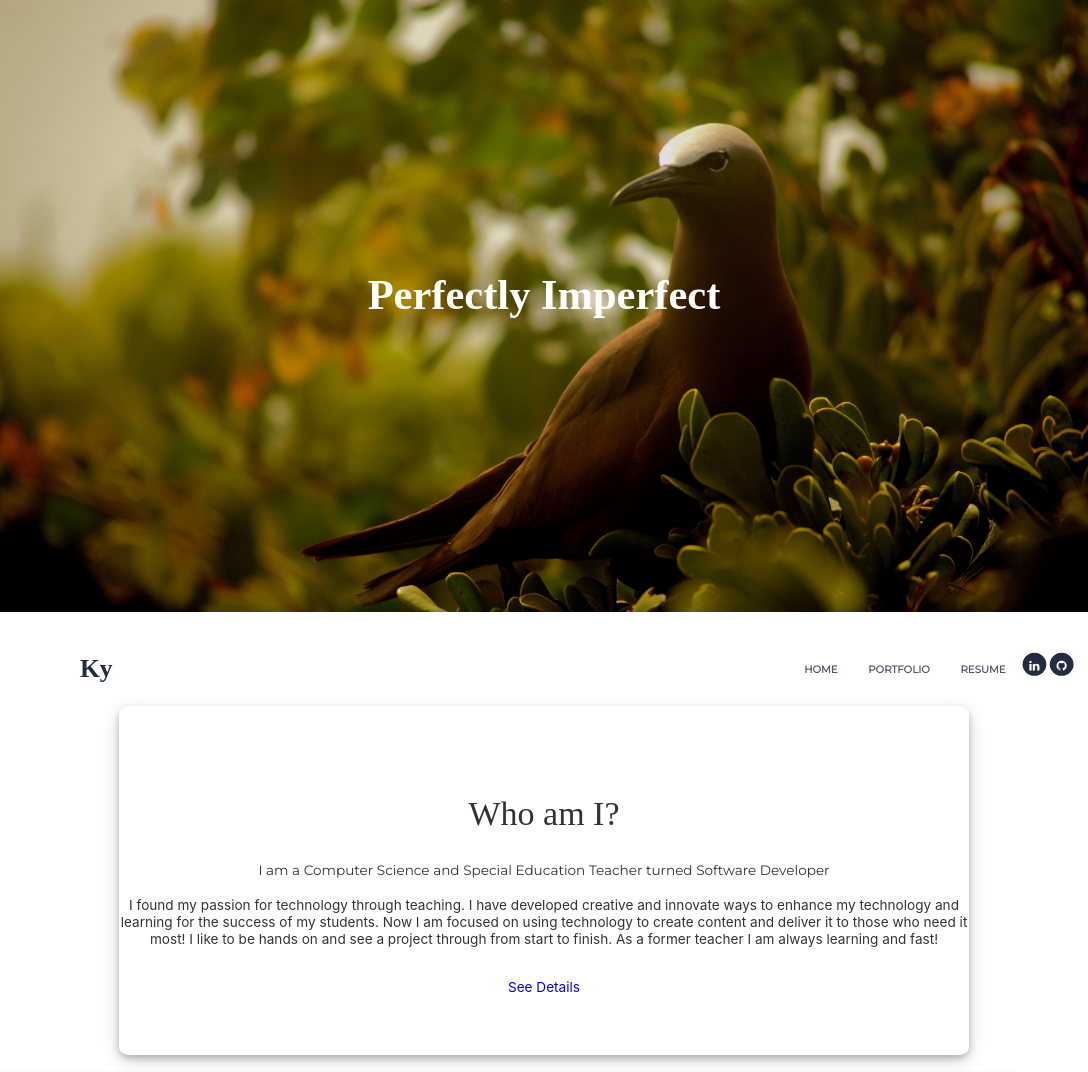
Repository: kkyler24/Perfectly-Imperfect
Page: / (app in imperfect/)
These files come from the project's save history. The page is drawn as it stood at one moment and after the next save; the edit follows.
The browser window is 1280 px wide. The pictures show the whole page, at 85% of full size.
Backgrounds fixed to the window are drawn as part of the page. Some web fonts or font styles are not loaded; a fallback is used. The project was rebuilt for these pictures with package versions that can differ from the ones it lists, and the page was loaded fresh each time.

Above is the page before, as saved 2020-08-06 13:57:24.

### imperfect/public/index.html
<!DOCTYPE html>
<html lang="en">
  <head>
    <meta charset="utf-8" />
    <link rel="icon" href="%PUBLIC_URL%/favicon.ico" />
    <meta name="viewport" content="width=device-width, initial-scale=1" />
    <meta name="theme-color" content="#000000" />
    <meta
      name="description"
      content="Web site created using create-react-app"
    />
    <link
      rel="stylesheet"
      href="https://cdnjs.cloudflare.com/ajax/libs/font-awesome/4.7.0/css/font-awesome.min.css"
    />

    <link
      href="https://fonts.googleapis.com/css2?family=Montserrat&family=Petit+Formal+Script&display=swap"
      rel="stylesheet"
    />

    <title>React App</title>
  </head>
  <body>
    <noscript>You need to enable JavaScript to run this app.</noscript>
    <div id="root"></div>
  </body>
</html>

### imperfect/src/App.js
import React from "react";
import logo from "./logo.svg";
import "./App.css";
import Nav from "./Components/navbarComponent/navbar.js";
import PGHeader from "./Components/Headerindex/header.js";
import AboutMe from "./Components/aboutMeIndex/aboutme.js";

function App() {
  return (
    <div className="App">
      <PGHeader />
      {/* <Nav /> */}
      <AboutMe />
    </div>
  );
}

export default App;

### imperfect/src/App.css
body {
  color: #66615b;
  font-size: 16px;
  box-sizing: border-box;
  display: block;
}

### imperfect/src/Components/navbarComponent/navbar.js
import React from "react";
import "./navbar.css";

function NavBar() {
  return (
    <div>
      <nav
        color-on-scroll="300"
        class="fixed-bottom  navbar-transparent navbar navbar-expand-lg"
      >
        <div class="container-fluid">
          <div class="navbar-translate">
            <a
              id="Kytitle"
              data-placement="bottom"
              target="_blank"
              title="Coded by Creative Tim"
              class="navbar-brand"
              href="#/index"
            >
              Ky
            </a>
            <button aria-expanded="false" class="navbar-toggler navbar-toggler">
              <span class="navbar-toggler-bar bar1"></span>
              <span class="navbar-toggler-bar bar2"></span>
              <span class="navbar-toggler-bar bar3"></span>
            </button>
          </div>
          <div class="justify-content-end collapse navbar-collapse">
            <ul class="navbar-nav">
              <li class="nav-item">
                <a
                  data-placement="bottom"
                  href="https://www.linkedIn"
                  target="_blank"
                  title="Let's connect on LinkedIn"
                  class="nav-link"
                >
                  {/* <i class="fa fa-linkedIn"></i> */}
                </a>
              </li>

              <li class="nav-item">
                <a
                  data-placement="bottom"
                  href="#"
                  target="_blank"
                  title="Follow us on Twitter"
                >
                  {/* <i class="fa fa-twitter"></i> */}
                  <p class="d-lg-none"></p>
                </a>
                <li class="nav-item mr-2rem">
                  <a data-placement="bottom" href="#" target="_blank">
                    {/* <i class="fa fa-github"></i> */}
                    <p class="d-lg-none"></p>
                  </a>
                </li>
              </li>
              <li class="nav-item">
                <a class="nav-link" href="#/index">
                  <i class="nc-icon nc-layout-11"></i> Home
                </a>
              </li>
              <li class="nav-item">
                <a class="nav-link" href="#/index">
                  <i class="nc-icon nc-layout-11"></i> Portfolio
                </a>
              </li>
              <li class="nav-item">
                <a target="_blank" class="nav-link" href="#/documentation">
                  <i class="nc-icon nc-book-bookmark"></i> Resume
                </a>
              </li>
              <li class="nav-item">
                <a
                  href="https://www.linkedin.com/in/ky-kyler-a723b932/"
                  target="_blank"
                  class="fa fa-linkedin"
                ></a>
              </li>
              <li class="nav-item">
                <a
                  data-placement="bottom"
                  href="https://github.com/kkyler24"
                  target="_blank"
                  title="Star on GitHub"
                  class="fa fa-github"
                >
                  {/* <i class="fa fa-github"></i> */}
                  <p class="d-lg-none"></p>
                </a>
              </li>
            </ul>
          </div>
        </div>
      </nav>
    </div>
  );
}
export default NavBar;

### imperfect/src/Components/Headerindex/header.js
import React from "react";
import "./Indexheader.css";
import Navbar from "../navbarComponent/navbar.js";

function PageHeader(props) {
  return (
    <div>
      <div id="background" className="page-header" data-parallax="true">
        <div className="filter"></div>
        <div className="headerContainer">
          <div className="motto text-center">
            <h1 id="JumboHeaderTitle">Perfectly Imperfect</h1>
            <br />
          </div>
        </div>
      </div>
      <Navbar />
    </div>
  );
}
export default PageHeader;

### imperfect/src/Components/aboutMeIndex/aboutme.js
import React from "react";
import "./aboutme.css";

function Aboutme() {
  return (
    <div className=" card aboutMain">
      <div className="sectionAB text-center">
        <div className="ABccontainer">
          <div class="row">
            <div class="ml-auto mr-auto col-md-8">
              <h2 class="titleAB"> Who am I?</h2>
              <h4 class="descriptionAB">
                I am a Computer Science and Special Education Teacher turned
                Software Developer
              </h4>
              <p className="aboutparagraph">
                I found my passion for technology through teaching. I have
                developed creative and innovate ways to enhance my technology
                and learning for the success of my students. Now I am focused on
                using technology to create content and deliver it to those who
                need it most! I like to be hands on and see a project through
                from start to finish. As a former teacher I am always learning
                and fast!
              </p>
              <br />
              <a href="#pablo" class="btn-round btn btn-info">
                See Details
              </a>
            </div>
          </div>
        </div>
      </div>
    </div>
  );
}
export default Aboutme;

### imperfect/src/Components/navbarComponent/navbar.css
/* navbar */
#Kytitle {
  font-family: "Petit Formal Script", cursive;
  font-size: 30px;
  color: #222b3f;
  border-bottom: solid 2px rgb(255, 255, 255);
  text-transform: capitalize;
}

.navbar.navbar-transparent {
  background: transparent !important;
  padding-top: 25px;
  box-shadow: none;
}

.navbar .navbar-brand {
  font-weight: 600;
  margin: 5px 0;
  padding: 20px 15px;
  font-size: 14px;
  text-transform: uppercase;
}

.navbar-nav {
  display: flex;
  flex-direction: column;
  padding-left: 0;
  margin-bottom: 0;
  list-style: none;
}
.navbar-brand {
  display: inline-block;
  padding-top: 0.3125rem;
  padding-bottom: 0.3125rem;
  margin-right: 1rem;
  font-size: 1.25rem;
  line-height: inherit;
  white-space: nowrap;
}

.navbar {
  border: 0;
  font-size: 14px;
  padding: 0;
  font-family: "Montserrat", "Helvetica", Arial, sans-serif;
  font-weight: 300;
  align-items: center;
  display: flex;
}
.navbar > .container-fluid {
  display: flex;
  flex-wrap: wrap;
  align-items: center;
  justify-content: space-between;
}

.nav-link {
  display: block;
}

.navbar-toggler {
  padding: 0.25rem 0.75rem;
  font-size: 1.25rem;
  line-height: 1;
  background-color: transparent;
  border: 1px solid transparent;
  border-radius: 0.25rem;
}
button {
  text-transform: none;
  overflow: hidden;
  -webkit-font-smoothing: antialiased;
  font-family: "Montserrat", "Helvetica", Arial, sans-serif;
  font-weight: 300;
  margin: 0;
  text-rendering: auto;
  /* color: -internal-light-dark(buttontext, rgb(170, 170, 170)); */
  letter-spacing: normal;
  word-spacing: normal;
  text-indent: 0px;
  text-shadow: none;
  display: inline-block;
  text-align: center;
  align-items: flex-start;
  font: 400 13.3333px Arial;
}
.navbar .navbar-toggler .navbar-toggler-bar {
  display: block;
  position: relative;
  width: 24px;
  height: 2px;
  border-radius: 1px;
  margin: 0 auto;
}

.navbar.navbar-transparent .navbar-toggler .navbar-toggler-bar {
  background: #222b3f !important;
}

.navbar-transparent .navbar-nav .nav-item .nav-link:not(.btn) {
  color: #222b3f;
  border-color: #222b3f;
}

.navbar .navbar-toggler .navbar-toggler-bar + .navbar-toggler-bar {
  margin-top: 4px;
}

.navbar .navbar-nav .nav-item .nav-link {
  line-height: 1.6;
  margin: 15px 3px;
  padding: 10px 15px;
  opacity: 0.8;
  font-size: 12px;
  text-transform: uppercase;
  font-weight: 600;
}

.navbar .navbar-nav .nav-item .nav-link p {
  margin: 0;
  text-transform: uppercase;
  font-weight: 600;
  font-size: 12px;
  line-height: 1.5em;
  padding: 15px 0;
  color: #222b3f;
}

button:not(:disabled) {
  cursor: pointer;
}

.container-fluid {
  width: 100%;
  padding-right: 15px;
  padding-left: 15px;
  margin-right: 0%;
  margin-left: 5%;
}

.fixed-top {
  position: fixed;
  right: 0;
  left: 0;
  z-index: 1030;
  /* not needed for fixed bottom */
  top: 0;
}

a {
  text-decoration: none;
  background-color: transparent;
}

.collapse:not(.show) {
  display: none;
}

.justify-content-end,
ul {
  justify-content: flex-end !important;
}

.navbar-collapse {
  flex-basis: 100%;
  flex-grow: 1;
  align-items: center;
}

ul {
  margin-top: 0;
}

.navbar .navbar-nav .nav-item .nav-link [class^="fa"] {
  font-size: 17px;
  position: relative;
  right: 5px;
  color: #222b3f;
}

.fa {
  padding: 8px;
  font-size: 14px;
  height: 11px;
  top: 5px;
  text-align: center;
  text-decoration: none;
  margin: 15px 2px;
  border-radius: 50%;
}

.fa:hover {
  opacity: 0.7;
}

.fa-linkedin {
  background: #222b3f;
  color: white;
}

.fa-github {
  background: #222b3f;
  color: white;
}

:before {
  box-sizing: border-box;
}

.navbar .navbar-collapse .nav-item .nav-link p {
  display: inline;
}

/* media Q navbar */
@media (min-width: 992px) {
  .navbar-expand-lg {
    flex-flow: row nowrap;
    justify-content: flex-start;
  }
  .navbar {
    justify-content: space-between;
  }
}
/* Li */
@media (min-width: 992px) {
  .navbar-expand-lg .navbar-nav {
    flex-direction: row;
  }
}
@media screen and (max-width: 991px) {
  .navbar-collapse ul {
    position: relative;
    z-index: 3;
    height: 95%;
  }
}

@media screen and (max-width: 991px) {
  .navbar-collapse .navbar-nav > .nav-item > .nav-link {
    color: #222b3f !important;
  }
}

@media screen and (max-width: 991px) {
  .navbar-collapse {
    position: fixed;
    display: block !important;
    top: 0;
    width: 230px;
    right: 0;
    z-index: 1032;
    visibility: visible;
    overflow-y: visible;
    border-top: none;
    text-align: left;
    padding-right: 0;
    padding-left: 40px;
    padding-top: 15px;
    transform: translateX(230px);
    transition: all 0.33s cubic-bezier(0.685, 0.0473, 0.346, 1);
  }
}

@media (max-width: 991.98px) {
  .navbar-expand-lg > .container-fluid {
    padding-right: 0;
    padding-left: 0;
  }
}

@media (min-width: 768px) {
  .container-fluid {
    max-width: 720px;
  }
}

@media (min-width: 992px) {
  .container-fluid {
    max-width: 100%;
  }
}

@media screen and (max-width: 991px) {
  .navbar-translate {
    width: 100%;
    position: relative;
    display: flex;
    justify-content: space-between !important;
    align-items: center;
    transform: translateX(0);
    transition: all 0.33s cubic-bezier(0.685, 0.0473, 0.346, 1);
  }
}

@media (min-width: 992px) {
  .navbar-expand-lg .navbar-toggler {
    display: none;
  }
}

@media screen and (max-width: 991px) {
  .navbar-collapse {
    height: 100% !important;
  }
}

@media (min-width: 992px) {
  .navbar-expand-lg .navbar-collapse {
    display: flex !important;
    flex-basis: auto;
  }
}
/*
@media (min-width: 576px) {
  .container-fluid {
    max-width: 540px;
  }
} */

@media (min-width: 992px) {
  .navbar-expand-lg > .container-fluid {
    flex-wrap: nowrap;
  }
}

### imperfect/src/Components/Headerindex/Indexheader.css
#background {
  background-image: url("../../Assets/imgs/brownnoodyGreatbirdisland.jpg");
  background-attachment: fixed;
  background-repeat: no-repeat;
  background-size: cover;
  height: 700px;
}

.page-header {
  background-position: 50%;
  background-size: cover;
  min-height: 100vh;
  max-height: 999px;
  overflow: hidden;
  position: relative;
  width: 100%;
  z-index: 1;
  display: flex;
  align-items: center;
  justify-content: center;
}

.page-header .filter:after {
  background-color: rgba(0, 0, 0, 0.125);
  content: "";
  display: block;
  height: 100%;
  left: 0;
  top: 0;
  position: absolute;
  width: 100%;
  z-index: 1;
}

.page-header .motto {
  z-index: 3;
  color: #fff;
  position: relative;
  width: max-content;
}

.headerContainer {
  font-family: "Petit Formal Script", cursive;
  display: inline-flex;
  width: 100%;
  /* font-weight: 200; */
  padding-right: 15px;
  padding-left: 15px;
  margin-right: auto;
  margin-left: auto;
  font-size: 50px;
  justify-content: center;
}

.text-center {
  text-align: center !important;
}
div {
  display: block;
}

h1 {
  display: block;
  font-size: 2em;
  margin-block-start: 0.67em;
  margin-block-end: 0.67em;
  margin-inline-start: 0px;
  margin-inline-end: 0px;
  font-weight: bold;
}
@media (max-width: 450px) and (min-width: 280px) {
  #JumboHeaderTitle {
    width: 300px;
    margin: auto;
    font-size: 20px;
    text-align: center;
  }
  #background {
    width: 450px !important;
  }
}
/*
@media (max-width: 570px) and (min-width: 280px) {
  #JumboHeaderTitle {
    width: 400px;
    margin: auto;
    font-size: 20px;
    text-align: center;
  }
} */

/* media Q */
@media (min-width: 992px) {
  .headerContainer {
    max-width: 960px;
  }
}

@media (min-width: 768px) {
  .headerContainer {
    max-width: 720px;
  }
}

@media (min-width: 576px) {
  .headerContainer {
    max-width: 540px;
    font-size: 25px;
  }
}

@media (max-width: 576px) {
  .headerContainer {
    display: flex;
    flex-wrap: wrap;
    max-width: 540px !important;
    font-size: 20px;
    text-align: center;
  }
}

### imperfect/src/Components/aboutMeIndex/aboutme.css
.aboutMain .section:first-of-type {
  position: relative;
  z-index: 3;
  position: relative;
  background: #ffffff;
  margin: -60px 30px 0px;
  box-shadow: 0 16px 24px 2px rgba(0, 0, 0, 0.14),
    0 6px 30px 5px rgba(0, 0, 0, 0.12), 0 8px 10px -5px rgba(0, 0, 0, 0.2);
  border-radius: 6px;
  padding: 70px 0;
}

.card,
.aboutMain {
  width: 700px;
  border-radius: 12px;
  box-shadow: 0 4px 8px 0 rgba(0, 0, 0, 0.2), 0 6px 20px 0 rgba(0, 0, 0, 0.19);
  text-align: center;
  background-color: #fff;
  color: #333;
  margin-bottom: 20px;
  position: relative;
  z-index: 3;
  border: 0;
  transition: transform 0.3s cubic-bezier(0.34, 2, 0.6, 1), box-shadow 0.2s ease;
  display: flex;
  flex-direction: column;
  min-width: 0;
  background-clip: border-box;
  /* border: 1px solid rgba(0, 0, 0, 0.25); */
  /* border-radius: 20px; */
  margin-left: auto;
  margin-right: auto;
}

.sectionAB {
  padding: 70px 0;
  background-color: #fff;
  border-radius: 10px;
}

.text-center {
  text-align: center !important;
}

.titleAB {
  font-family: "Petit Formal Script", cursive;
  font-weight: lighter;
  font-size: 40px;
}

.descriptionAB {
  font-family: "Montserrat", sans-serif;
  font-weight: lighter;
  text-align: center;
}

.aboutparagraph {
  display: block;
  margin-block-start: 1em;
  margin-block-end: 1em;
  margin-inline-start: 0px;
  margin-inline-end: 0px;
}

.ABcontainer {
  width: 100%;
  margin-right: auto;
  margin-left: auto;
}

row {
  display: flex;
  flex-wrap: wrap;
  margin-right: -15px;
  margin-left: -15px;
}

@media (min-width: 768px) {
  .ABcontainer {
    max-width: 720px;
  }
}

@media (max-width: 992px) {
  .sectionAB {
    max-width: 700px;
  }
}

@media (min-width: 992px) {
  .sectionAB,
  .aboutMain {
    width: 1000px;
  }
}

Loaded but not shown: imperfect/src/index.js (common file); imperfect/src/index.css (common file); imperfect/src/serviceWorker.js (common file)

After the next save:
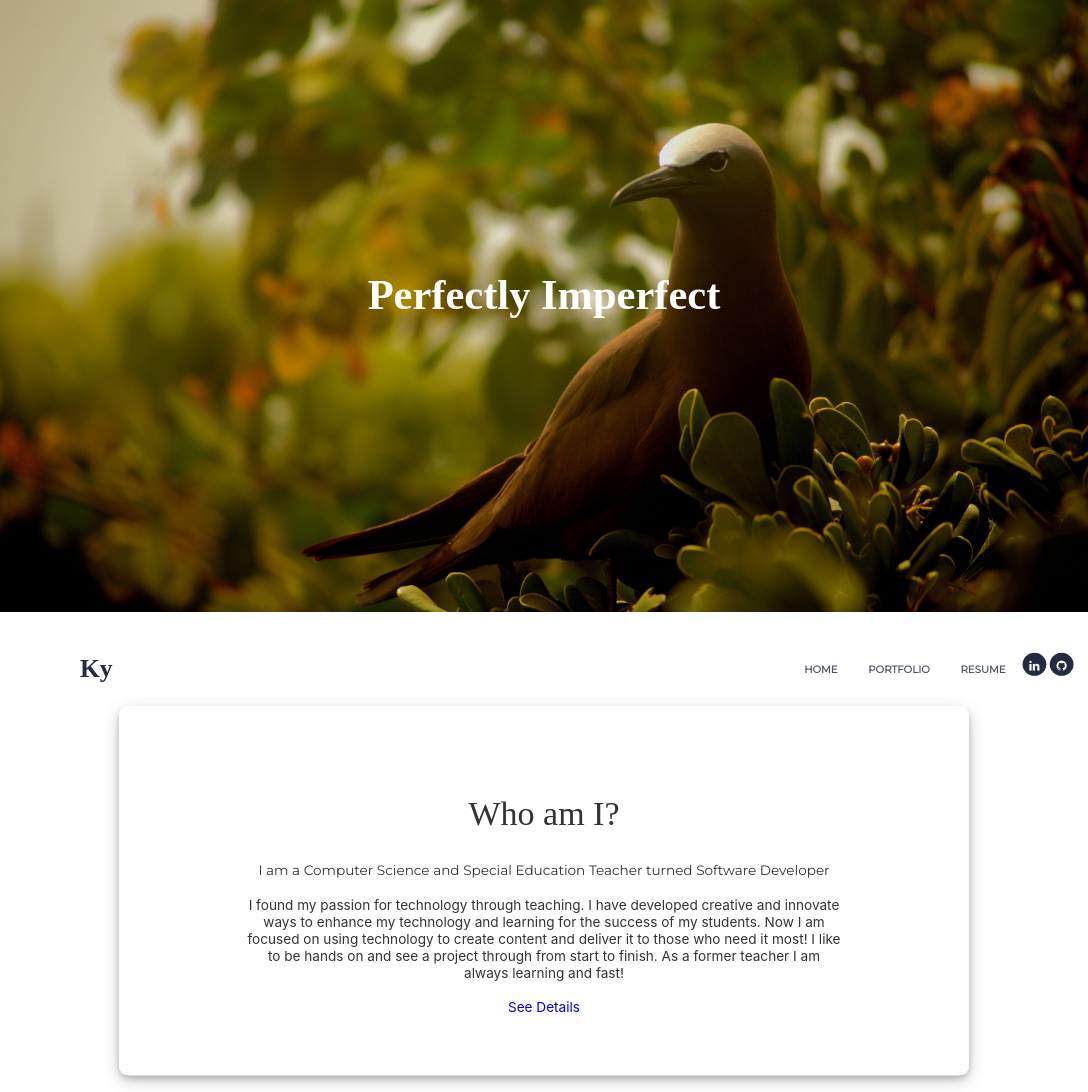
Saved 17 s later.
--- a/imperfect/src/Components/aboutMeIndex/aboutme.css
+++ b/imperfect/src/Components/aboutMeIndex/aboutme.css
@@ -61,6 +61,8 @@
   margin-block-end: 1em;
   margin-inline-start: 0px;
   margin-inline-end: 0px;
+  margin: auto;
+  width: 700px;
 }
 
 .ABcontainer {
